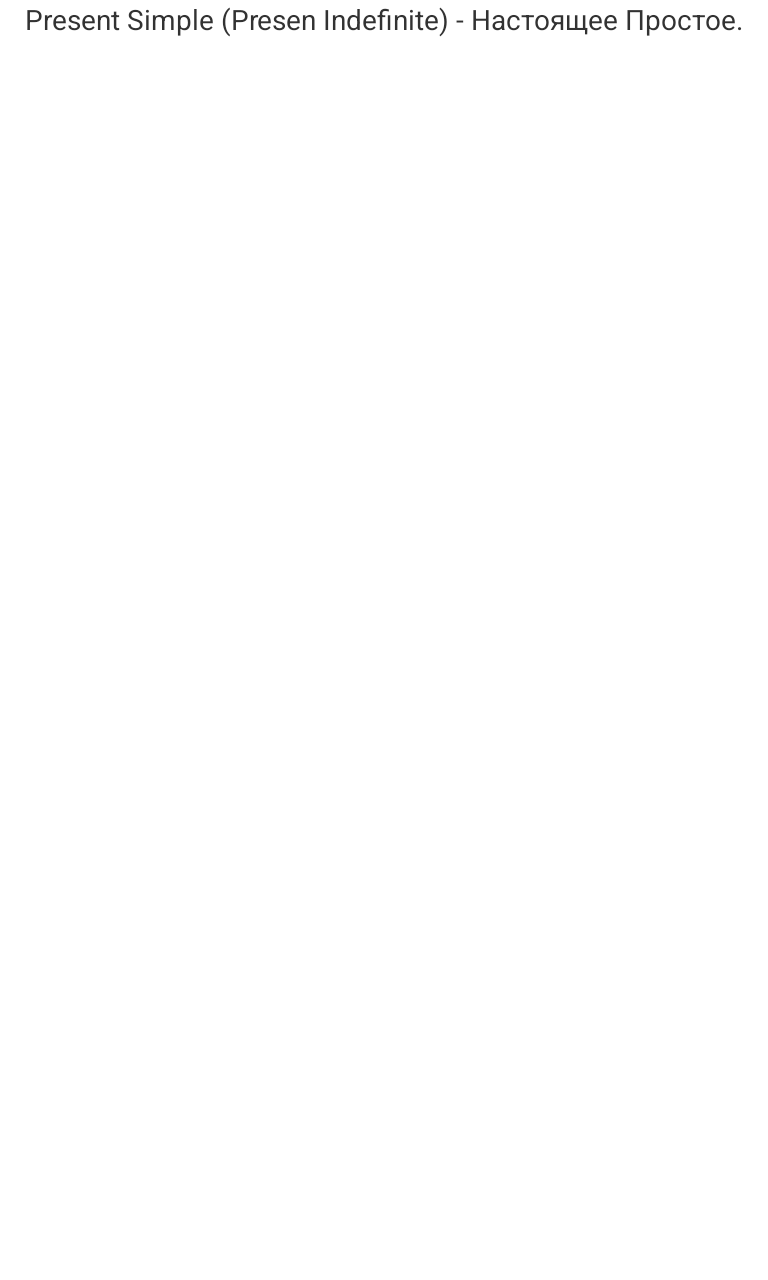
Repository: pcombi/android_dev
Layout: EnglishGrammar/res/layout/presentsimple.xml
The author's editor kept a copy of each file at every save. The layout is drawn from the files as they stood at one save, then again after the next save.
It is drawn on a 768 x 1280 px phone screen (xhdpi) without system bars, with theme AppTheme; the app's code is not run.

Above is the layout before, as saved 2013-01-01 18:44:25.

### EnglishGrammar/res/layout/presentsimple.xml
<?xml version="1.0" encoding="utf-8"?>
<ScrollView
    xmlns:android="http://schemas.android.com/apk/res/android"
    android:id="@+id/scrollView1"
    android:layout_width="match_parent"
    android:layout_height="wrap_content" >

    <LinearLayout

        android:layout_width="match_parent"
        android:layout_height="match_parent"
        android:orientation="vertical" >

        <LinearLayout
            android:layout_width="match_parent"
            android:layout_height="wrap_content"
            android:gravity="center">

            <TextView
                android:id="@+id/tvTitle"
                android:layout_width="wrap_content"
                android:layout_height="wrap_content"
                android:text="@string/presentsimple" />

        </LinearLayout>
    </LinearLayout>

</ScrollView>

### EnglishGrammar/res/values/strings.xml
<resources>

    <string name="app_name">EnglishGrammar</string>
    <string name="lessons">Теория</string>
    <string name="tests">Тесты</string>
    <string name="exit">Выход</string>
    <string name="erase">Стереть</string>
    <string name="done">Готово</string>Present Simple  (Presen Indefinite) - Настоящее Простое.
    <style name="ButtonText">
	    <item name="android:layout_width">fill_parent</item>
	    <item name="android:layout_height">wrap_content</item>
	    <item name="android:textColor">#ffffff</item>
	    <item name="android:gravity">center</item>
	    <item name="android:layout_margin">1dp</item>
	    <item name="android:textSize">17dp</item>
	    <item name="android:textStyle">bold</item>
	    <item name="android:shadowColor">#000000</item>
	    <item name="android:shadowDx">1</item>
	    <item name="android:shadowDy">1</item>
	    <item name="android:shadowRadius">2</item>
	</style>
    <string name="presentsimple">Present Simple  (Presen Indefinite) - Настоящее Простое.</string>
    <string name="prsimple1">Время Present Simple обозначает действие в настоящем в широком смысле слова. Оно употребляется для обозначения обычных, регулярно повторяющихся или постоянных действий, например, когда мы говорим о чьих либо привычках, режиме дня, расписании и т. д., т. е. Present Simple обозначает действия, которые происходят в настоящее время, но не привязаны именно к моменту речи.</string>

</resources>

Loaded but not shown: EnglishGrammar/res/values/styles.xml (common file); EnglishGrammar/res/values-v11/styles.xml (common file); EnglishGrammar/res/values-v14/styles.xml (common file)

After the next save:
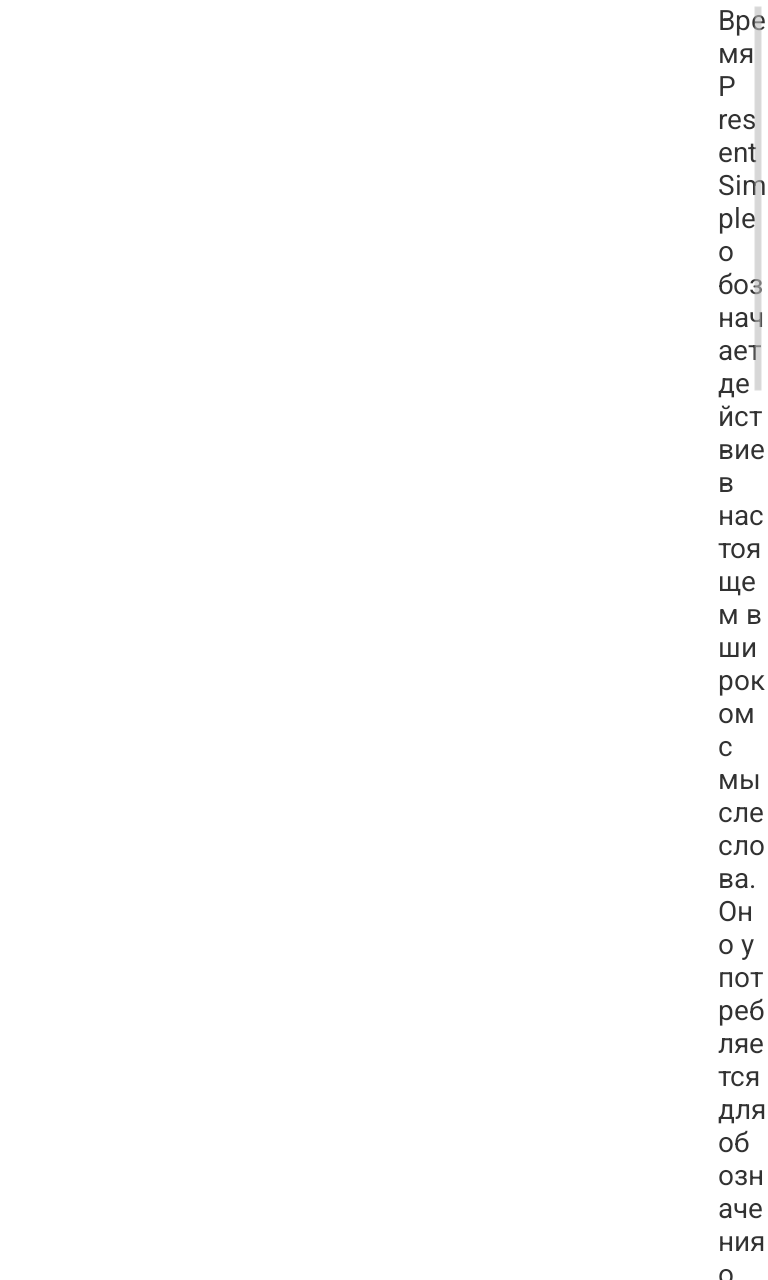
Saved 27 s later.
--- a/EnglishGrammar/res/layout/presentsimple.xml
+++ b/EnglishGrammar/res/layout/presentsimple.xml
@@ -22,6 +22,11 @@
                 android:layout_height="wrap_content"
                 android:text="@string/presentsimple" />
 
+            <TextView
+                android:id="@+id/tvContent1"
+                android:layout_width="wrap_content"
+                android:layout_height="wrap_content"
+                android:text="@string/prsimple1" />
         </LinearLayout>
     </LinearLayout>
 
